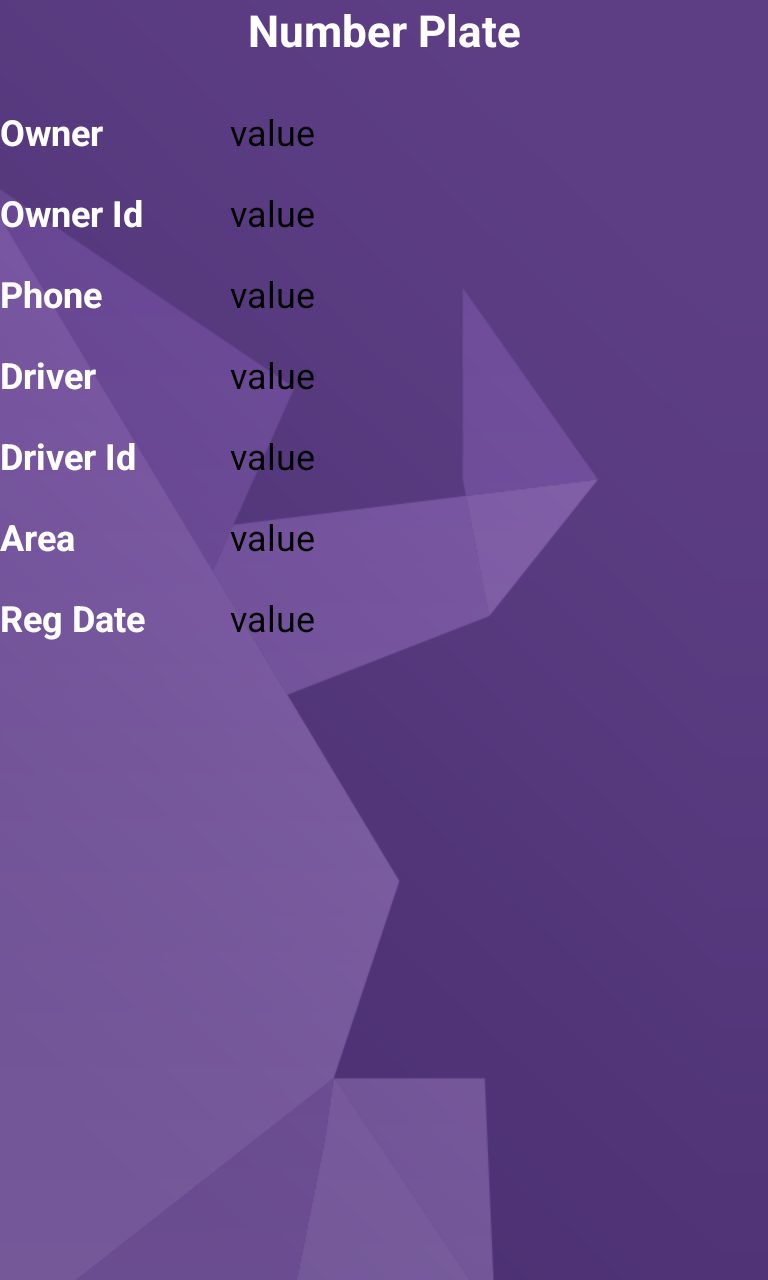
Repository: walteranyika/personal
Layout: PikiPiki/res/layout/activity_details.xml
An editor plug-in stored every save of this project. The layout is shown before and after the next save, followed by the edit.
It is drawn on a 768 x 1280 px phone screen (xhdpi) without system bars, with theme AppTheme; the app's code is not run.

Above is the layout before, as saved 2015-11-06 12:09:12.

### PikiPiki/res/layout/activity_details.xml
<RelativeLayout xmlns:android="http://schemas.android.com/apk/res/android"
    xmlns:tools="http://schemas.android.com/tools"
    android:layout_width="match_parent"
    android:layout_height="match_parent"
    android:background="@drawable/background_fill"
    tools:context=".DetailsActivity" >

    <ImageView
        android:id="@+id/imageView1"
        android:layout_width="match_parent"
        android:layout_height="match_parent"
        android:layout_alignParentLeft="true"
        android:layout_alignParentTop="true"
        android:contentDescription="@string/background_image"
        android:scaleType="fitStart"
        android:src="@drawable/background" />

    <TextView
        android:id="@+id/tvRegNo"
        android:layout_width="match_parent"
        android:layout_height="wrap_content"
        android:layout_alignRight="@+id/imageView1"
        android:layout_marginBottom="24dp"
        android:gravity="center_horizontal"
        android:text="@string/number_plate"
        android:textAppearance="?android:attr/textAppearanceLarge"
        android:textColor="@android:color/white"
        android:textStyle="bold" />

    <LinearLayout
        android:id="@+id/LinearLayout01"
        android:layout_width="fill_parent"
        android:layout_height="wrap_content"
        android:layout_alignParentLeft="true"
        android:layout_below="@+id/linearLayout1"
        android:layout_marginTop="16dp" >

        <TextView
            android:id="@+id/TextView01"
            android:layout_width="0dp"
            android:layout_height="wrap_content"
            android:layout_weight="0.3"
            android:text="@string/owner_id"
            android:textAppearance="?android:attr/textAppearanceMedium"
            android:textColor="@android:color/white"
            android:textStyle="bold" />

        <TextView
            android:id="@+id/tvOwnerId"
            android:layout_width="0dp"
            android:layout_height="wrap_content"
            android:layout_weight="0.7"
            android:text="@string/empty_string"
            android:textAppearance="?android:attr/textAppearanceMedium" />
    </LinearLayout>

    <LinearLayout
        android:id="@+id/LinearLayout02"
        android:layout_width="fill_parent"
        android:layout_height="wrap_content"
        android:layout_alignParentLeft="true"
        android:layout_below="@+id/LinearLayout01"
        android:layout_marginTop="16dp" >

        <TextView
            android:id="@+id/TextView03"
            android:layout_width="0dp"
            android:layout_height="wrap_content"
            android:layout_weight="0.3"
            android:text="@string/phone"
            android:textAppearance="?android:attr/textAppearanceMedium"
            android:textColor="@android:color/white"
            android:textStyle="bold" />

        <TextView
            android:id="@+id/tvPhone"
            android:layout_width="0dp"
            android:layout_height="wrap_content"
            android:layout_weight="0.7"
            android:text="@string/empty_string"
            android:textAppearance="?android:attr/textAppearanceMedium" />
    </LinearLayout>

    <LinearLayout
        android:id="@+id/LinearLayout03"
        android:layout_width="fill_parent"
        android:layout_height="wrap_content"
        android:layout_alignParentLeft="true"
        android:layout_below="@+id/LinearLayout02"
        android:layout_marginTop="16dp" >

        <TextView
            android:id="@+id/TextView05"
            android:layout_width="0dp"
            android:layout_height="wrap_content"
            android:layout_weight="0.3"
            android:text="@string/driver"
            android:textAppearance="?android:attr/textAppearanceMedium"
            android:textColor="@android:color/white"
            android:textStyle="bold" />

        <TextView
            android:id="@+id/tvDriverName"
            android:layout_width="0dp"
            android:layout_height="wrap_content"
            android:layout_weight="0.7"
            android:text="@string/empty_string"
            android:textAppearance="?android:attr/textAppearanceMedium" />
    </LinearLayout>

    <LinearLayout
        android:id="@+id/LinearLayout04"
        android:layout_width="fill_parent"
        android:layout_height="wrap_content"
        android:layout_alignParentLeft="true"
        android:layout_below="@+id/LinearLayout03"
        android:layout_marginTop="16dp" >

        <TextView
            android:id="@+id/TextView07"
            android:layout_width="0dp"
            android:layout_height="wrap_content"
            android:layout_weight="0.3"
            android:text="@string/driver_id"
            android:textAppearance="?android:attr/textAppearanceMedium"
            android:textColor="@android:color/white"
            android:textStyle="bold" />

        <TextView
            android:id="@+id/tvDriverId"
            android:layout_width="0dp"
            android:layout_height="wrap_content"
            android:layout_weight="0.7"
            android:text="@string/empty_string"
            android:textAppearance="?android:attr/textAppearanceMedium" />
    </LinearLayout>

    <LinearLayout
        android:id="@+id/LinearLayout05"
        android:layout_width="fill_parent"
        android:layout_height="wrap_content"
        android:layout_alignParentLeft="true"
        android:layout_below="@+id/LinearLayout04"
        android:layout_marginTop="16dp" >

        <TextView
            android:id="@+id/TextView09"
            android:layout_width="0dp"
            android:layout_height="wrap_content"
            android:layout_weight="0.3"
            android:text="@string/area"
            android:textAppearance="?android:attr/textAppearanceMedium"
            android:textColor="@android:color/white"
            android:textStyle="bold" />

        <TextView
            android:id="@+id/tvAreaOperation"
            android:layout_width="0dp"
            android:layout_height="wrap_content"
            android:layout_weight="0.7"
            android:text="@string/empty_string"
            android:textAppearance="?android:attr/textAppearanceMedium" />
    </LinearLayout>

    <LinearLayout
        android:id="@+id/LinearLayout06"
        android:layout_width="fill_parent"
        android:layout_height="wrap_content"
        android:layout_alignParentLeft="true"
        android:layout_below="@+id/LinearLayout05"
        android:layout_marginTop="16dp" >

        <TextView
            android:id="@+id/TextView11"
            android:layout_width="0dp"
            android:layout_height="wrap_content"
            android:layout_weight="0.3"
            android:text="@string/reg_date"
            android:textAppearance="?android:attr/textAppearanceMedium"
            android:textColor="@android:color/white"
            android:textStyle="bold" />

        <TextView
            android:id="@+id/tvDate"
            android:layout_width="0dp"
            android:layout_height="wrap_content"
            android:layout_weight="0.7"
            android:text="@string/empty_string"
            android:textAppearance="?android:attr/textAppearanceMedium" />
    </LinearLayout>

    <LinearLayout
        android:id="@+id/linearLayout1"
        android:layout_width="fill_parent"
        android:layout_height="wrap_content"
        android:layout_alignLeft="@+id/imageView1"
        android:layout_below="@+id/tvRegNo" >

        <TextView
            android:id="@+id/textView2"
            android:layout_width="0dp"
            android:layout_height="wrap_content"
            android:layout_weight="0.3"
            android:text="@string/owner"
            android:textAppearance="?android:attr/textAppearanceMedium"
            android:textColor="@android:color/white"
            android:textStyle="bold" />

        <TextView
            android:id="@+id/tvOwnerName"
            android:layout_width="0dp"
            android:layout_height="wrap_content"
            android:layout_weight="0.7"
            android:text="@string/empty_string"
            android:textAppearance="?android:attr/textAppearanceMedium" />
    </LinearLayout>

</RelativeLayout>

### PikiPiki/res/values/themes_apptheme.xml
<?xml version="1.0" encoding="utf-8"?>

<!-- Generated with http://android-holo-colors.com -->
<resources xmlns:android="http://schemas.android.com/apk/res/android">

  <style name="AppTheme" parent="@style/_AppTheme"/>

  <style name="_AppTheme" parent="android:Theme.Holo.Light">

    <item name="android:editTextBackground">@drawable/apptheme_edit_text_holo_light</item>

    <item name="android:buttonStyle">@style/ButtonAppTheme</item>

    <item name="android:imageButtonStyle">@style/ImageButtonAppTheme</item>

  </style>

</resources>

### PikiPiki/res/values/styles_apptheme.xml
<?xml version="1.0" encoding="utf-8"?>

<!-- Generated with http://android-holo-colors.com -->
<resources xmlns:android="http://schemas.android.com/apk/res/android">

  <style name="ButtonAppTheme" parent="android:Widget.Holo.Light.Button">
	  <item name="android:background">@drawable/apptheme_btn_default_holo_light</item>
  </style>

  <style name="ImageButtonAppTheme" parent="android:Widget.Holo.Light.ImageButton">
	  <item name="android:background">@drawable/apptheme_btn_default_holo_light</item>
  </style>

</resources>

### PikiPiki/res/drawable/apptheme_btn_default_holo_light.xml
<?xml version="1.0" encoding="utf-8"?>

<selector xmlns:android="http://schemas.android.com/apk/res/android">
    <item android:state_window_focused="false" android:state_enabled="true"
        android:drawable="@drawable/apptheme_btn_default_normal_holo_light" />
    <item android:state_window_focused="false" android:state_enabled="false"
        android:drawable="@drawable/apptheme_btn_default_disabled_holo_light" />
    <item android:state_pressed="true"
        android:drawable="@drawable/apptheme_btn_default_pressed_holo_light" />
    <item android:state_focused="true" android:state_enabled="true"
        android:drawable="@drawable/apptheme_btn_default_focused_holo_light" />
    <item android:state_enabled="true"
        android:drawable="@drawable/apptheme_btn_default_normal_holo_light" />
    <item android:state_focused="true"
        android:drawable="@drawable/apptheme_btn_default_disabled_focused_holo_light" />
    <item
         android:drawable="@drawable/apptheme_btn_default_disabled_holo_light" />
</selector>

### PikiPiki/res/values/strings.xml
<?xml version="1.0" encoding="utf-8"?>
<resources>

    <string name="app_name">PikiPiki</string>
    <string name="action_settings">Settings</string>
    <string name="motorbike">Motor Bike</string>
    <string name="sync">Sync</string>
    <string name="phone">Phone</string>
    <string name="_0734567843">Phone</string>
    <string name="area">Area</string>
    <string name="reg_date">Reg Date</string>
    <string name="driver_id">Driver Id</string>
    <string name="driver">Driver</string>
    <string name="owner">Owner</string>
    <string name="owner_id">Owner Id</string>
    <string name="search">Search</string>
    <string name="bike_reg_number">Bike Reg Number</string>
    <string name="back_ground_image">Back Ground Image</string>
    <string name="title_activity_details">DetailsActivity</string>
    <string name="hello_world">Hello world!</string>
    <string name="background_image">Background Image</string>
    <string name="empty_string">value</string>
    <string name="number_plate">Number Plate</string>

</resources>

Loaded but not shown: PikiPiki/res/values/styles.xml (common file); PikiPiki/res/drawable/apptheme_edit_text_holo_light.xml (common file); PikiPiki/res/values-v11/styles.xml (common file); PikiPiki/res/values-v14/styles.xml (common file)

After the next save:
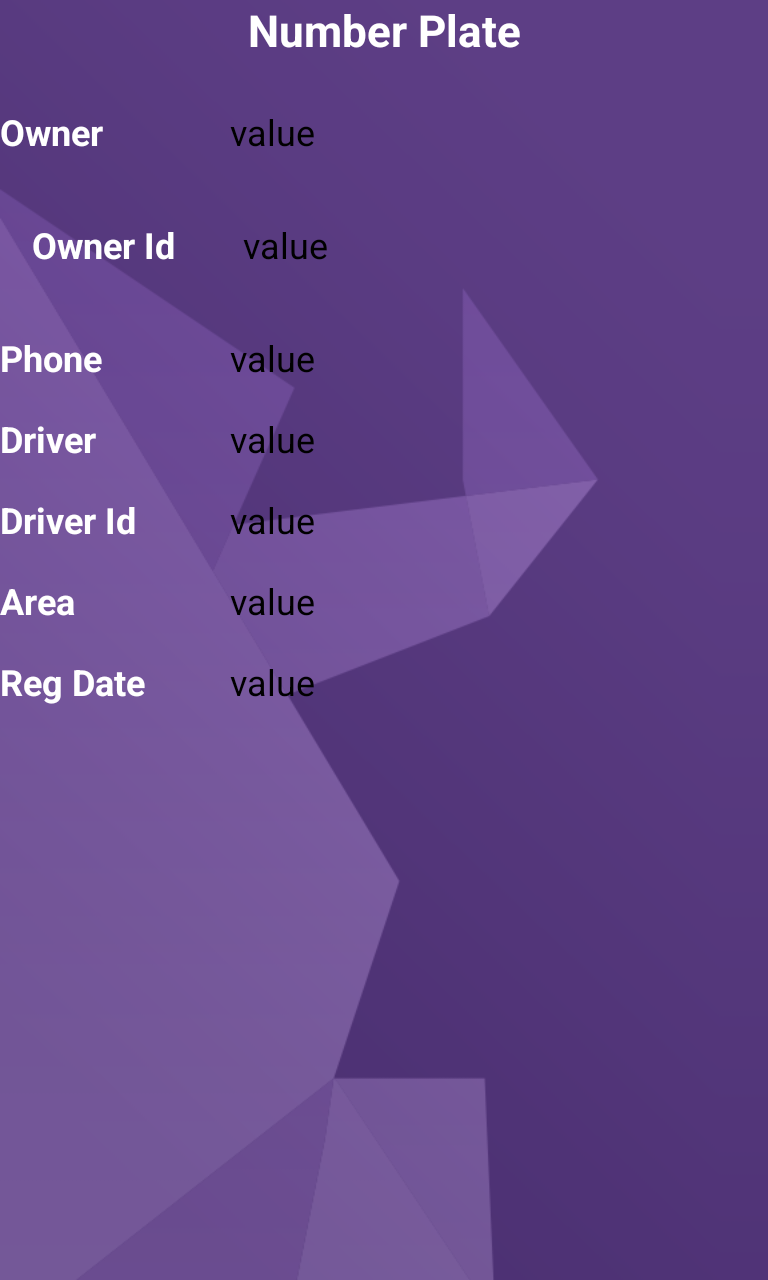
Saved 25 s later.
--- a/PikiPiki/res/layout/activity_details.xml
+++ b/PikiPiki/res/layout/activity_details.xml
@@ -28,6 +28,7 @@
         android:textStyle="bold" />
 
     <LinearLayout
+        android:padding="16dp"
         android:id="@+id/LinearLayout01"
         android:layout_width="fill_parent"
         android:layout_height="wrap_content"
